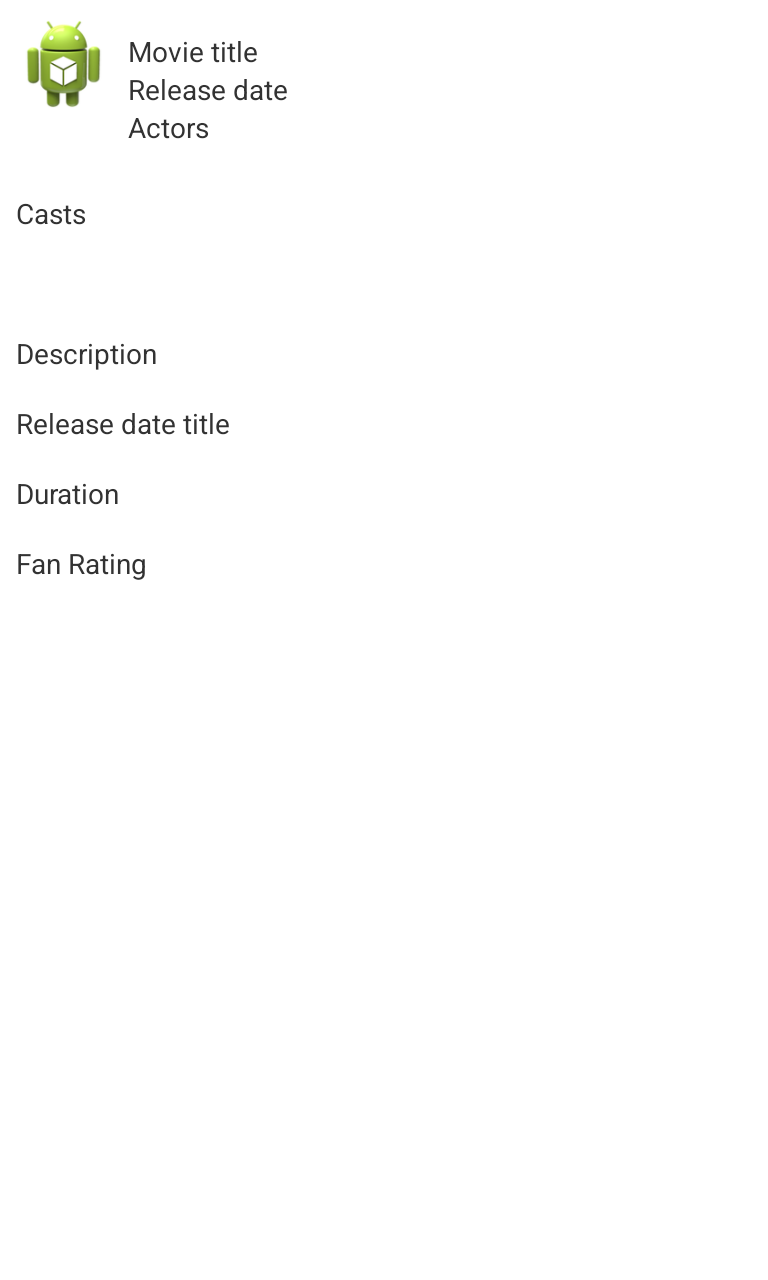
Repository: movieexample12/movieexample
Layout: Movies5/res/layout/details.xml
The author's editor kept a copy of each file at every save. The layout is drawn from the files as they stood at one save, then again after the next save.
It is drawn on a 768 x 1280 px phone screen (xhdpi) without system bars, with theme AppTheme; the app's code is not run.

Above is the layout before, as saved 2013-01-10 10:18:51.

After the next save:
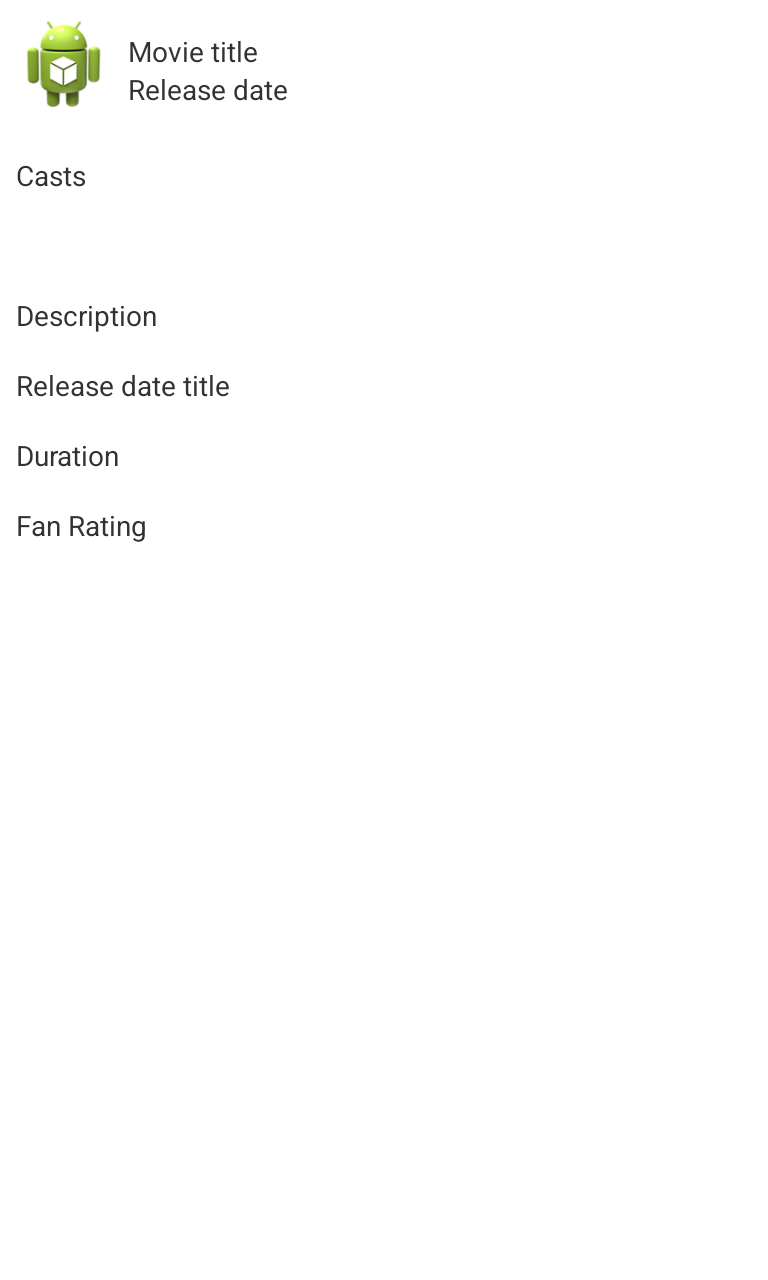
Saved 56 s later.
--- a/Movies5/res/layout/details.xml
+++ b/Movies5/res/layout/details.xml
@@ -31,12 +31,6 @@
 		        android:layout_height="match_parent"
 		        android:gravity="center_vertical"
 		        android:text="@string/release_date"/>
-		    <TextView
-		        android:id="@+id/actors"
-		        android:layout_width="match_parent"
-		        android:layout_height="match_parent"
-		        android:gravity="center_vertical"
-		        android:text="@string/actors"/>
 	    </LinearLayout>
     </LinearLayout>
     <TextView
